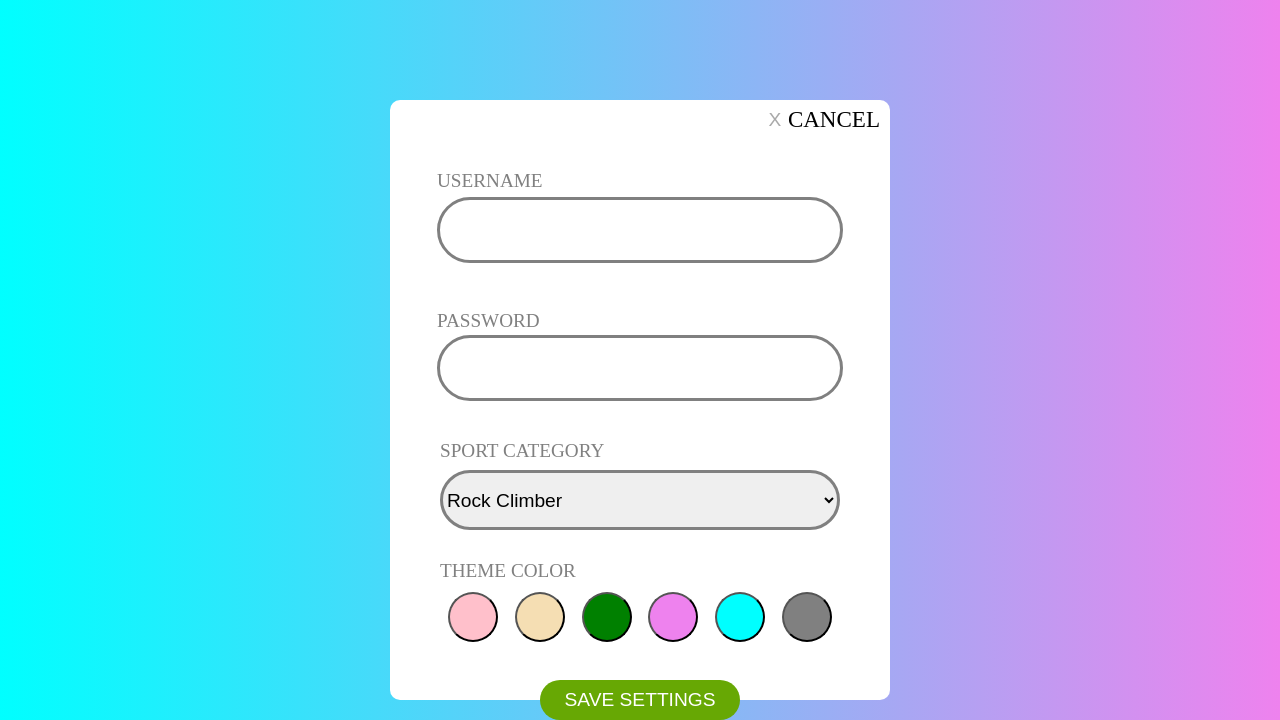
Repository: zRush1202/LoginPage-demo
Page: dom/exercise/login.html
These files come from the project's save history. The page is drawn as it stood at one moment and after the next save; the edit follows.
The browser window is 1280 px wide. The pictures show the whole page.

Above is the page before, as saved 2023-09-17 10:13:13.

### dom/exercise/login.html
<!DOCTYPE html>
<html lang="en">
<head>
    <meta charset="UTF-8">
    <meta name="viewport" content="width=device-width, initial-scale=1.0">
    <title>Login page</title>
    <link rel="stylesheet" href="login.css">
</head>
<body>
    <div class="login">
        <div class="cancel">
            <button class="X">X</button>
            <span class="cancel">CANCEL</span>
        </div>
        <div class="tk">
            <span class="us">USERNAME</span>
            <br>
            <input type="USERNAME" class="user">
            <br>
            <span class="pa">PASSWORD</span>
            <br>
            <input type="PASSWORD" class="pass">
            <br>
        </div>
        <div class="chosen">
            <label for="sport" class="lab">SPORT CATEGORY</label>
            <br>
            <select name="sport" id="sport" class="sel">
                <option value="rc">Rock Climber</option>
                <option value="fb">Football</option>
                <option value="bkb">basketball</option>
                <option value="sm">swimming</option>
            </select>
        </div>
        <div class="theme">
            <span class="tc">THEME COLOR</span>
            <br>
            <div class="color">
                <button class="bgc" style="background-color: pink;"> </button>
                <button class="bgc" style="background-color: wheat;"> </button>
                <button class="bgc" style="background-color: green;"> </button>
                <button class="bgc" style="background-color: violet;"> </button>
                <button class="bgc" style="background-color: cyan;"> </button>
                <button class="bgc" style="background-color: gray;"> </button>
            </div>
        </div>

        <button class="save">SAVE SETTINGS</button>
    </div>
</body>
</html>

### dom/exercise/login.css
* {
    margin: 0;
    padding: 0;
}

body {
    display: flex;
    justify-content: center;
    align-items: center;
    position: relative;
    top: 100px;
    background-image: linear-gradient(to right, cyan, violet);
}

.login {
    display: block;
    width: 500px;
    height: 600px;
    background-color: white;
    border: 0px solid black;
    border-radius: 10px;
    position: relative;
    display: flex;
    justify-content: center;
    align-items: center;
}

.cancel {
    position: absolute;
    right: 5px;
    top: 3px;
}

.cancel {
    font-size: 120%;

}

.X {
    height: 20px;
    width: 20px;
    color: darkgray;
    font-size: 100%;
    border: none;
    background-color: transparent;
    position: absolute;
    right: 100px;
    top: 6px;
}

.user, .pass {
    height: 60px;
    width: 400px;
    border-radius: 50px;
    border: 3px solid gray;
    margin-top: 5px;
    font-size: 120%;
    color: gray;
}

.us, .pa {
    position: relative;
    left: 0px;
    font-size: 120%;
    color: gray;
}

.tk {
    position: absolute;
    top: 70px;
    height: 50%;
}

.pass {
    position: absolute;
    top: 160px;
}

.pa {
    position: absolute;
    top: 140px;
}

.bgc {
    height: 50px;
    width: 50px;
    border-radius: 25px;
}

.chosen {
    position: absolute;
    bottom: 190px;
    height: 70px;
    width: 400px;
}

.lab {
    position: absolute;
    height: 50px;
    width: 200px;
    font-size: 120%;
    color: gray;
    left: 0;
}

.sel {
    height: 60px;
    width: 400px;
    border-radius: 50px;
    position: absolute;
    top: 30px;
    font-size: 120%;
    border: 3px solid gray;

}

.theme {
    height: 70px;
    width: 400px;
    position: absolute;
    bottom: 70px;

}

.tc {
    position: relative;
    left: 0px;
    font-size: 120%;
    color: gray;
}

.color {
    height: 70px;
    width: 400px;
    position: absolute;
    display: flex;
    justify-content: space-around;
    align-items: center;
}

.save {
    position: absolute;
    bottom: -20px;
    height: 40px;
    width: 200px;
    font-size: 120%;
    background-color: rgb(103, 168, 4);
    color: white;
    border-radius: 30px;
    border: 0px solid white;
}

After the next save:
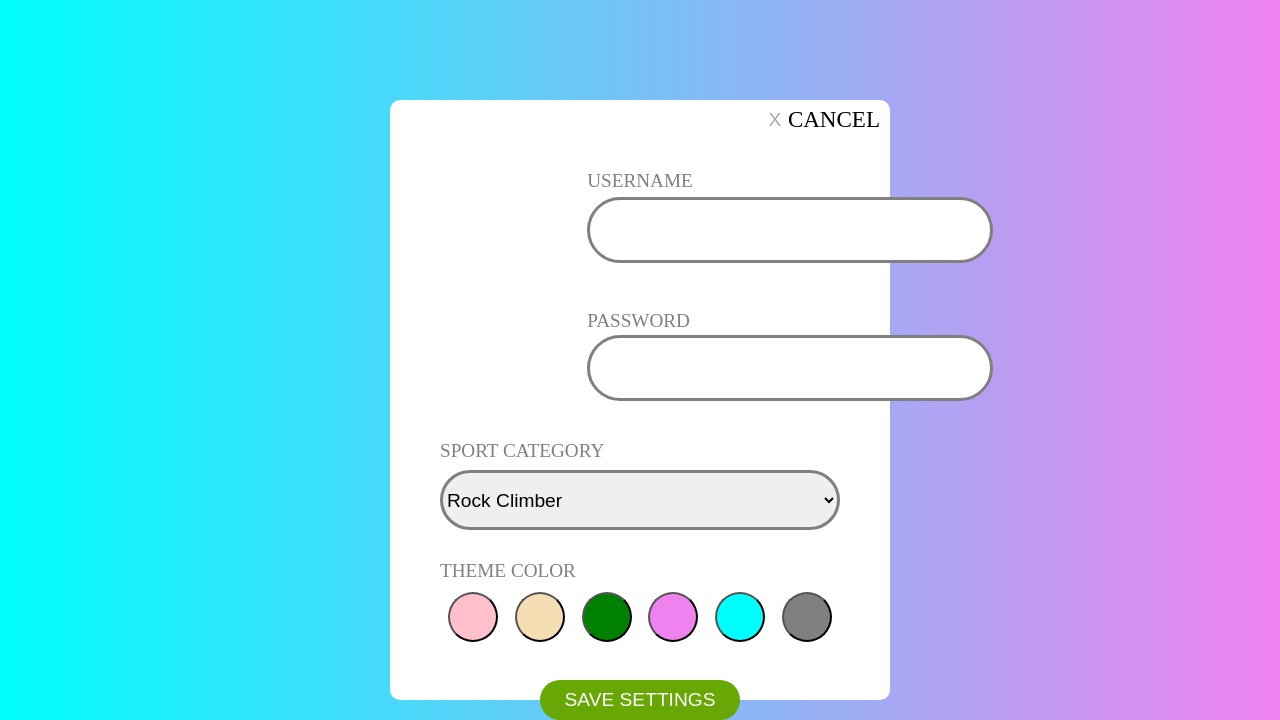
Saved 65 s later.
--- a/dom/exercise/login.css
+++ b/dom/exercise/login.css
@@ -56,6 +56,8 @@ body {
     margin-top: 5px;
     font-size: 120%;
     color: gray;
+    position: absolute;
+    text-align: center;
 }
 
 .us, .pa {

After the save that followed:
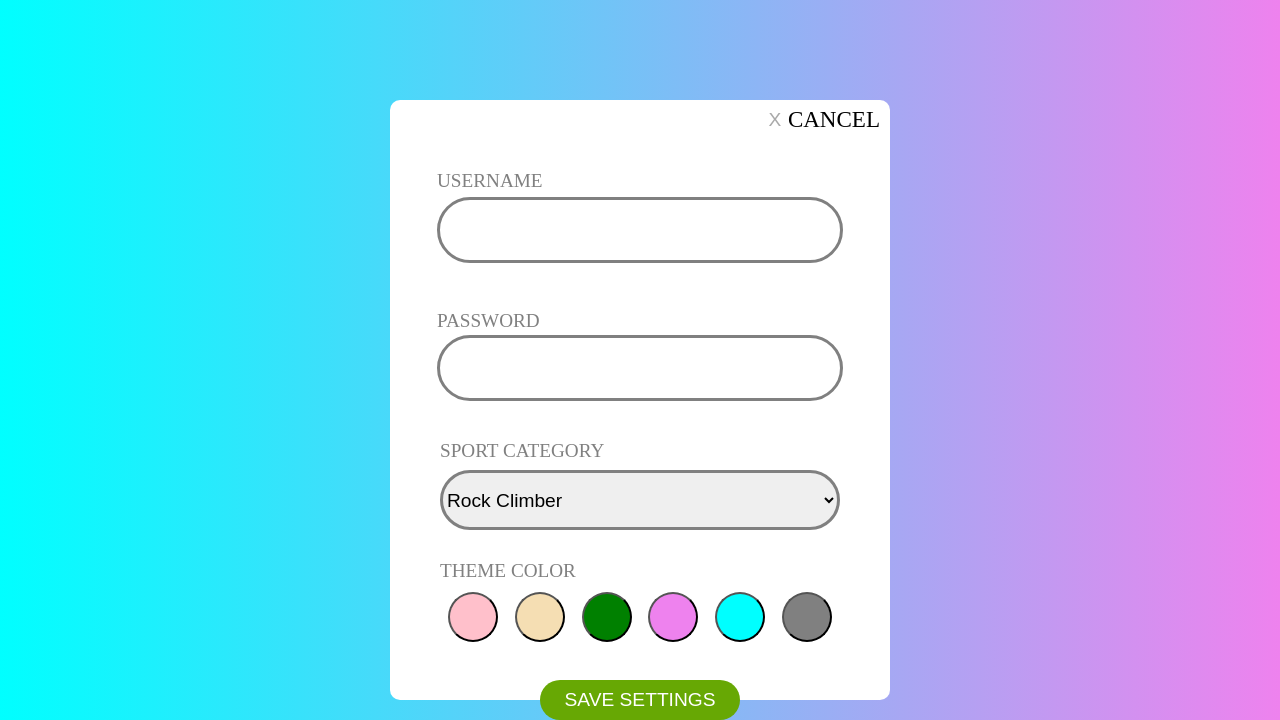
Saved 11 s later.
--- a/dom/exercise/login.css
+++ b/dom/exercise/login.css
@@ -56,7 +56,6 @@ body {
     margin-top: 5px;
     font-size: 120%;
     color: gray;
-    position: absolute;
     text-align: center;
 }
 
